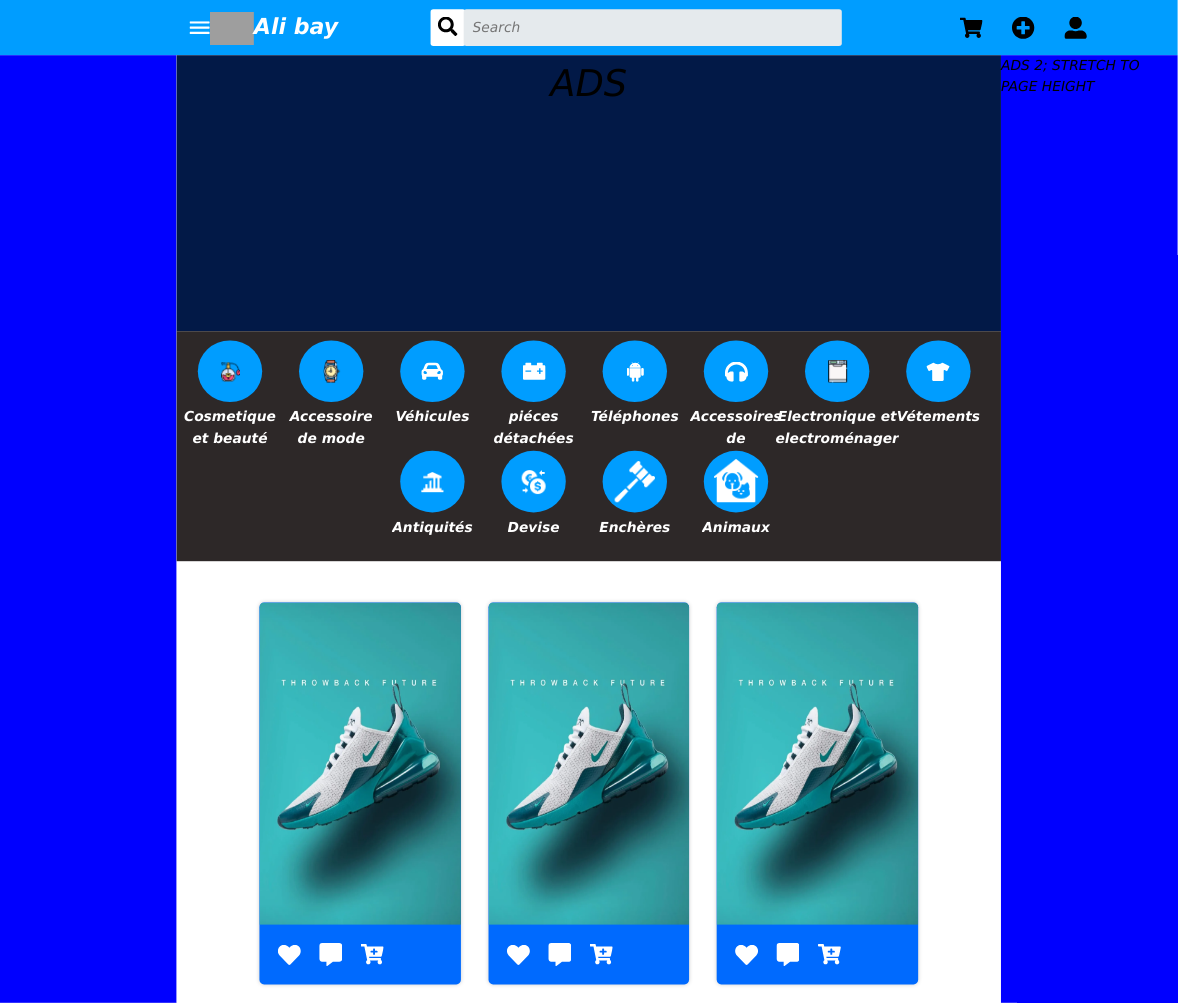
Repository: Aramys21/alibay-site
Page: home.html
These files come from the project's save history. The page is drawn as it stood at one moment and after the next save; the edit follows.
The browser window is 1280 px wide. The pictures show the whole page, at 92% of full size.
Pictures or frames that could not be fetched are drawn as grey boxes.

Above is the page before, as saved 2023-03-29 10:34:17.

After the next save:
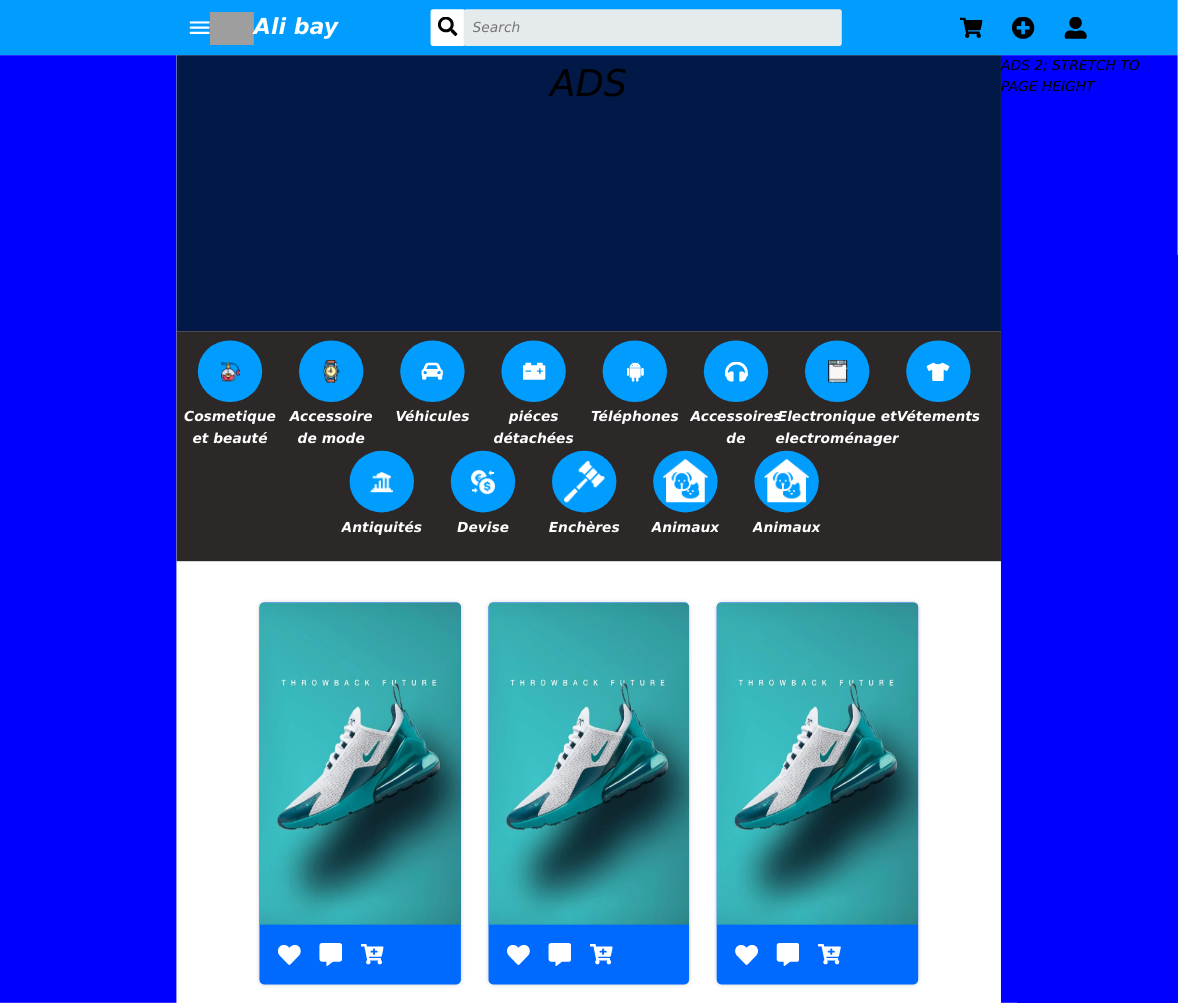
Saved 2 min 22 s later.
--- a/home.html
+++ b/home.html
@@ -184,6 +184,10 @@
 						<div class="category-icon"><img class="icn" src="src/icons/animal.png"></div>
 						<div class="category-text">Animaux</div>
 					</a>
+					<a href="vetements.html" class="category-link">
+						<div class="category-icon"><img class="icn" src="src/icons/animal.png"></div>
+						<div class="category-text">Animaux</div>
+					</a>
 				</div>
 
 				<!-- Products List  -->
